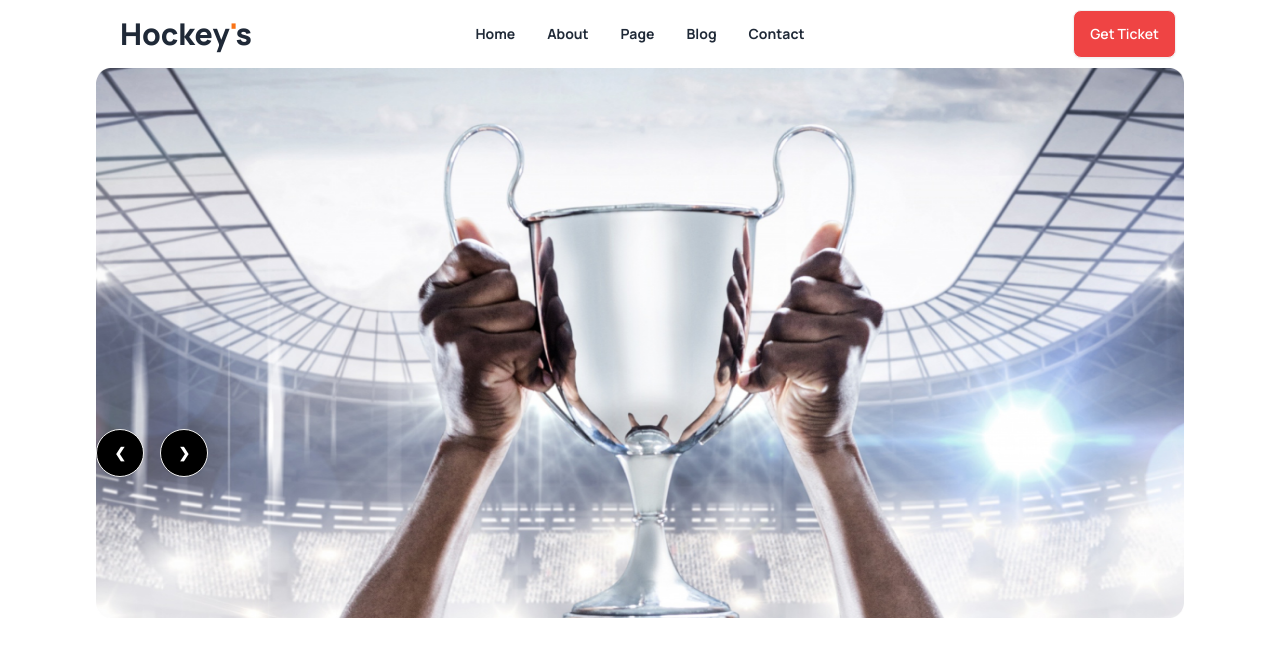
Repository: RudrasahaDibos/Hockey-
Page: index.html
The author's editor kept a copy of each file at every save. The page is drawn from the files as they stood at one save, then again after a run of saves.
The browser window is 1280 px wide. The pictures show the whole page.
Some web libraries are served in a nearby version.

Above is the page before, as saved 2024-10-23 19:15:55.

After the next 2 saves:
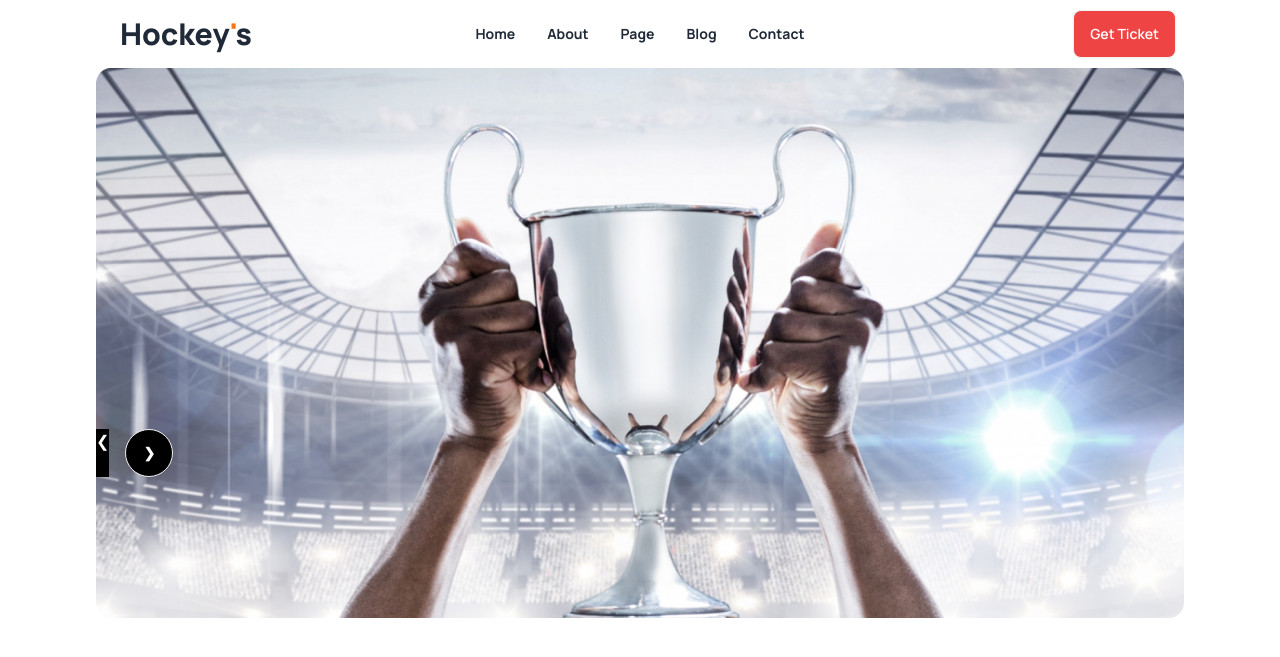
The 2 saves are shown as one change because they came seconds apart.
The last was saved 16 s later.
--- a/index.html
+++ b/index.html
@@ -96,7 +96,7 @@
                             src="Images/1.png"
                             class="w-full lg:h-[550px] " />
                           <div class="absolute lg:left-0 lg:right-0 lg:top-[60%] left-5 top-[60%] flex -translate-y-1/2 transform gap-4">
-                            <a href="#slide4" class="btn btn-circle  bg-black text-white">❮</a>
+                            <a href="#slide4" class="lg:btn lg:btn-circle  bg-black text-white">❮</a>
                             <a href="#slide2" class="btn btn-circle bg-black text-white">❯</a>
                           </div>
                         </div>
